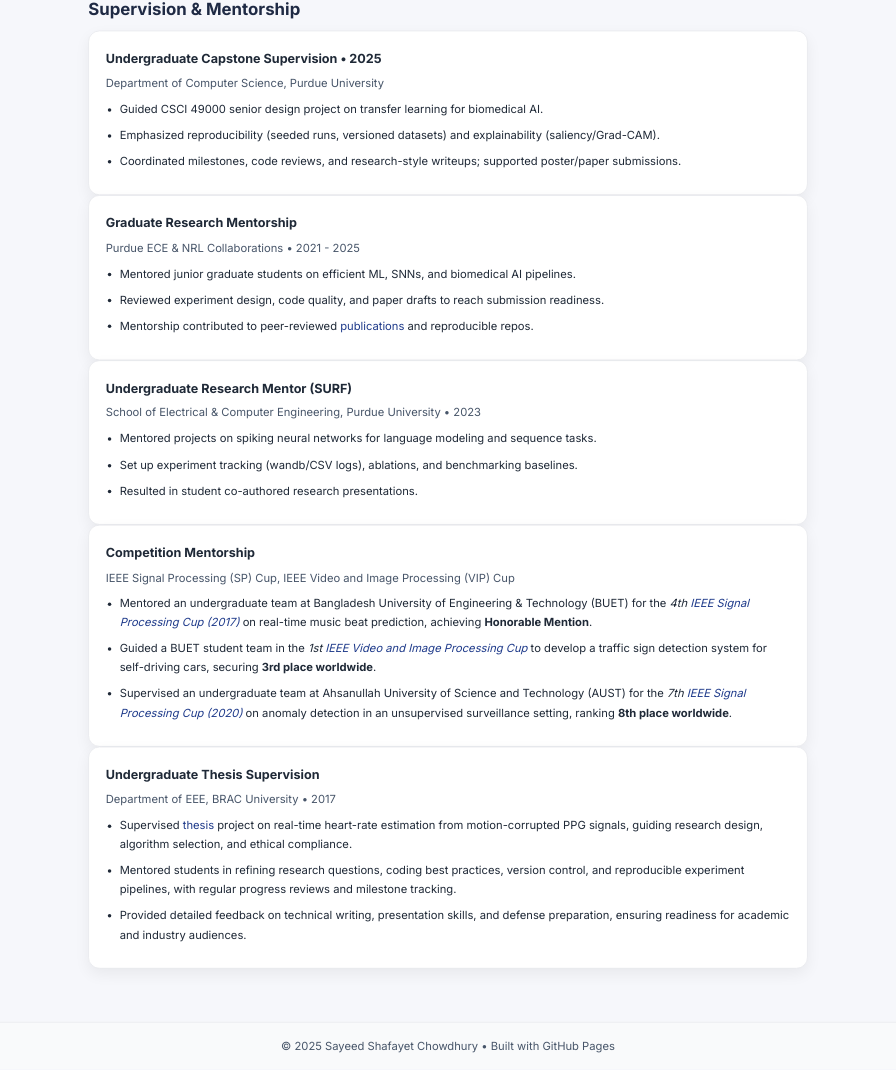
Repository: SayeedChowdhury/SayeedChowdhury.github.io
Page: teaching.html
These files come from the project's save history. The page is drawn as it stood at one moment and after the next save; the edit follows.
The browser window is 1280 px wide. The pictures show the part of the page from y = 1424 to 3344 px (the page is 2952 px tall before and 3344 px after), at 70% of full size.

Above is the page before, as saved 2025-08-13 14:09:45.

### teaching.html
<!doctype html>
<html lang="en">
<head>
  <meta charset="utf-8">
  <meta name="viewport" content="width=device-width, initial-scale=1">
  <title>Teaching & Mentorship • Sayeed S. Chowdhury</title>
  <link rel="preconnect" href="https://fonts.googleapis.com">
  <link rel="preconnect" href="https://fonts.gstatic.com" crossorigin>
  <link href="https://fonts.googleapis.com/css2?family=Inter:wght@400;600;700&display=swap" rel="stylesheet">
  <link rel="stylesheet" href="assets/style.css">
</head>
<body>
<div class="nav">
  <div class="inner container">
    <div class="brand"><span class="dot"></span> <a href="index.html" style="text-decoration:none;color:inherit;">Sayeed S. Chowdhury</a></div>
    <div style="margin-left:auto; display:flex; gap:6px; flex-wrap:wrap">
      <a href="index.html" class="">Home</a>
      <a href="edu-exp.html" class="">Education & Experience</a>
      <a href="teaching.html" class="active">Teaching & Mentorship</a>
      <!-- <a href="research.html" class="">Research</a> -->
      <a href="publications.html" class="">Publications</a>
      <a href="awards.html" class="">Grants and Awards</a>
      <a href="contact.html" class="">Contact</a>
    </div>
  </div>
</div>
<div class="container">

  <section class="section">
    <h2>Teaching Philosophy</h2>
    <div class="card">
      <p style="margin:0">
        I create an inclusive, student-centered classroom that blends Socratic questioning with project-based learning.
        My goals are to build strong fundamentals, develop students’ ability to reason from first principles, and connect
        theory to practice through open-ended labs and reproducible coding assignments.
      </p>
    </div>

    <h2>Teaching Experience</h2>

    <!-- Purdue — Visiting Assistant Professor -->
    <div class="card">
      <h3>Visiting Assistant Professor</h3>
      <div class="lead">Department of Computer Science, Purdue University • Aug&nbsp;2025 – Present</div>
      <ul class="list">
        <li>Designed and taught upper-undergraduate <strong>CSCI 490: AI for IoT</strong> as Instructor of Record.</li>
        <li>Guest-lectured in <strong>CSCI 487: Artificial Intelligence</strong> (modern ML + neuromorphic topics).</li>
        <li>Supervising an undergraduate <strong>capstone</strong> on transfer learning for biomedical AI.</li>
      </ul>
    </div>

    <!-- AUST -->
    <div class="card">
      <h3>Lecturer</h3>
      <div class="lead">Ahsanullah University of Science &amp; Technology (AUST), Dhaka • 2018</div>
      <ul class="list">
        <li>Taught <strong>C++</strong> and <strong>MATLAB</strong> programming in large classrooms.</li>
        <li>Instructor of record for <strong>VLSI (theory &amp; lab)</strong>; contributed to curriculum and lab manual.</li>
      </ul>
    </div>

    <!-- BUET -->
    <div class="card">
      <h3>Lecturer</h3>
      <div class="lead">Bangladesh University of Engineering &amp; Technology (BUET), Dhaka • 2016–2017</div>
      <p><em>Courses (theory):</em> Signals &amp; Systems (EEE 301); Electrical DC &amp; AC Circuits (EEE 101/105);
        Measurement &amp; Instrumentation (EEE 407); Digital Signal Processing (EEE 307);
        Microprocessor &amp; Interfacing (EEE 315).</p>
      <p><em>Responsibilities:</em> Prepared and delivered lectures; blended online platforms; designed and graded
        exams/assignments; advised students.</p>
      <p><em>Laboratories:</em> Taught <strong>12</strong> labs including C programming, Digital Logic Design, and Microprocessors.</p>
    </div>

    <!-- BRAC University -->
    <div class="card">
      <h3>Lecturer</h3>
      <div class="lead">BRAC University, Dhaka • 2016</div>
      <ul class="list">
        <li>Instructed undergraduate Digital Signal Processing (theory + hands-on labs).</li>
        <li>Designed and delivered Power System Protection laboratory curriculum across sections.</li>
        <li>Supervised <a href="https://dspace.bracu.ac.bd/xmlui/handle/10361/8610?show=full" target="_blank" rel="noopener">thesis</a> project on real-time heart-rate estimation from motion-corrupted PPG signals.</li>
      </ul>
    </div>

    <h2>Supervision &amp; Mentorship</h2>

    <!-- Undergraduate Capstone -->
    <div class="card">
      <h3>Undergraduate Capstone Supervision • 2025</h3>
      <div class="lead">Department of Computer Science, Purdue University</div>
      <ul class="list">
        <li>Guided CSCI 49000 senior design project on transfer learning for biomedical AI.</li>
        <li>Emphasized reproducibility (seeded runs, versioned datasets) and explainability (saliency/Grad-CAM).</li>
        <li>Coordinated milestones, code reviews, and research-style writeups; supported poster/paper submissions.</li>
      </ul>
    </div>

    <!-- Graduate Mentorship -->
    <div class="card">
      <h3>Graduate Research Mentorship</h3>
      <div class="lead">Purdue ECE &amp; NRL Collaborations • 2021 - 2025</div>
      <ul class="list">
        <li>Mentored junior graduate students on efficient ML, SNNs, and biomedical AI pipelines.</li>
        <li>Reviewed experiment design, code quality, and paper drafts to reach submission readiness.</li>
        <li>Mentorship contributed to peer-reviewed <a href=" https://ieeexplore.ieee.org/abstract/document/11078244" target="_blank" rel="noopener">publications</a> and reproducible repos.</li>
      </ul>
    </div>

    <!-- SURF Projects -->
    <div class="card">
      <h3>Undergraduate Research Mentor (SURF)</h3>
      <div class="lead">School of Electrical &amp; Computer Engineering, Purdue University • 2023</div>
      <ul class="list">
        <li>Mentored projects on spiking neural networks for language modeling and sequence tasks.</li>
        <li>Set up experiment tracking (wandb/CSV logs), ablations, and benchmarking baselines.</li>
        <li>Resulted in student co-authored research presentations.</li>
      </ul>
    </div>


    <!-- Competitions -->
    <div class="card">
      <h3>Competition Mentorship</h3>
      <div class="lead">IEEE Signal Processing (SP) Cup, IEEE Video and Image Processing (VIP) Cup</div>
      <ul class="list">
        <li>
          Mentored an undergraduate team at Bangladesh University of Engineering &amp; Technology (BUET)
          for the <em>4th <a href="https://ieeexplore.ieee.org/document/7974869" target="_blank" rel="noopener">IEEE Signal Processing Cup (2017)</a> </em> on real-time music beat prediction, achieving
          <strong>Honorable Mention</strong>.
        </li>
        <li>
          Guided a BUET student team in the <em>1st <a href="https://ieeexplore.ieee.org/stamp/stamp.jsp?arnumber=8310690" target="_blank" rel="noopener">IEEE Video and Image Processing Cup</a> </em> to develop a traffic
          sign detection system for self-driving cars, securing <strong>3rd place worldwide</strong>.
        </li>
        <li>
          Supervised an undergraduate team at Ahsanullah University of Science and Technology (AUST)
          for the <em>7th <a href="https://arxiv.org/pdf/2007.10812" target="_blank" rel="noopener">IEEE Signal Processing Cup (2020)</a> </em> on anomaly detection in an unsupervised surveillance
          setting, ranking <strong>8th place worldwide</strong>.
        </li>
      </ul>
    </div>


      <!-- Undergraduate Capstone -->
    <div class="card">
      <h3>Undergraduate Thesis Supervision </h3>
      <div class="lead">Department of EEE, BRAC University • 2017</div>
      <ul class="list">
        <li>Supervised <a href="https://dspace.bracu.ac.bd/xmlui/handle/10361/8610?show=full" target="_blank" rel="noopener">thesis</a> project on real-time heart-rate estimation from motion-corrupted PPG signals, guiding research design, algorithm selection, and ethical compliance.</li>
        <li>Mentored students in refining research questions, coding best practices, version control, and reproducible experiment pipelines, with regular progress reviews and milestone tracking.</li>
        <li>Provided detailed feedback on technical writing, presentation skills, and defense preparation, ensuring readiness for academic and industry audiences.</li>
        </ul>
    </div>
</div>

  </section>

</div>
<div class="footer">© 2025 Sayeed Shafayet Chowdhury • Built with GitHub Pages</div>
</body>
</html>

### assets/style.css
/* ================================
   Sayeed S. Chowdhury — style.css
   Mild light theme (no top halo)
   ================================ */

   :root{
    --bg:#f6f7fb;          /* mild light (not white) */
    --panel:#ffffff;       /* card surface */
    --panel-2:#f1f5fb;     /* subtle secondary surface */
    --ink:#1f2937;         /* main text (slate-800) */
    --muted:#475569;       /* secondary text (slate-600) */
    --navy:#1e3a8a;        /* accent for nav/links (blue-900) */
    --gold:#b58500;        /* optional accent */
    --border:#e5e7eb;      /* card/nav borders */
    --shadow:0 8px 22px rgba(0,0,0,.06);
    --radius:16px;
  }

  /* Base */
  *{ box-sizing:border-box }
  html,body{ height:100% }
  body{
    margin:0;
    color:var(--ink);
    background:var(--bg); /* removed radial gradients/halo */
    font:16px/1.7 "Inter", system-ui, -apple-system, Segoe UI, Roboto, Helvetica, Arial;
    -webkit-font-smoothing:antialiased;
    text-rendering:optimizeLegibility;
  }

  .container{ max-width:1100px; margin:0 auto; padding:24px }

  /* Top Nav */
  .nav{
    position:sticky; top:0; z-index:10;
    background:#f9fafb;                      /* solid so it’s visible */
    backdrop-filter:saturate(140%) blur(6px);
    border-bottom:1px solid var(--border);
    box-shadow:0 6px 14px rgba(0,0,0,.04);
  }
  .nav .inner{ display:flex; align-items:center; gap:16px; padding:12px 24px; }
  .nav .brand{ display:flex; align-items:center; gap:10px; font-weight:700; color:var(--ink) }
  .nav .brand .dot{ width:10px; height:10px; border-radius:50%; background:linear-gradient(45deg,#2563eb,#60a5fa); box-shadow:0 0 8px rgba(37,99,235,.5) }
  .nav a{
    color:#334155;                            /* slate-700: readable */
    text-decoration:none;
    padding:8px 12px;
    border-radius:10px;
  }
  .nav a:hover{
    color:var(--navy);
    background:#e6edf7;                       /* gentle hover pill */
  }
  .nav a.active{
    color:var(--navy);
    background:#dbeafe;                       /* visible active pill */
    font-weight:600;
  }
  .nav a:focus-visible{ outline:2px solid #93c5fd; outline-offset:2px }

  /* Hero & Layout */
  .hero{
    display:grid; grid-template-columns:1.1fr .9fr; gap:28px; align-items:stretch;
    padding:48px 24px 12px;
  }
  .row{ display:flex; gap:18px; flex-wrap:wrap; align-items:center }

  /* Cards */
  .card{
    background:var(--panel);
    border:1px solid var(--border);
    border-radius:var(--radius);
    box-shadow:var(--shadow);
    padding:24px;
  }
  .cards{ display:grid; grid-template-columns:repeat(12,1fr); gap:20px; margin-top:18px }
  .card.grid-12{ grid-column:span 12 }
  .card.grid-6{ grid-column:span 6 }
  .card.grid-4{ grid-column:span 4 }

  /* Typography */
  h1{ font-size:32px; margin:0 0 6px }         /* smaller homepage name */
  h2{ font-size:24px; margin:16px 0 10px; color:#1f2a44 }
  h3{ font-size:18px; margin:0 0 6px }
  .lead{ color:var(--muted); font-size:16px }
  .kicker{ color:var(--gold); font-weight:700; letter-spacing:.4px; text-transform:uppercase; font-size:12px }
  .page-title{ margin:8px 0 16px }
  .page-title h1{ font-size:46px; letter-spacing:.4px; margin:0; color:#1f2a44 }

  /* Lists */
  .list{ padding-left:20px; margin:0 }
  .list li{ margin:10px 0 }

  /* Headshot */
  .headshot{
    width:160px; height:160px; border-radius:50%; object-fit:cover;
    border:3px solid #eef2ff; box-shadow:0 4px 14px rgba(0,0,0,.06)
  }

  /* Badges & Pills */
  .badges{ display:flex; flex-wrap:wrap; gap:10px; margin-top:14px }
  .badge{
    background:#f1f5fb; border:1px solid #dbe4f2; color:#2b4a6a;
    padding:6px 10px; border-radius:999px; font-size:13px
  }
  .pill{
    display:inline-block; padding:5px 10px; border:1px solid var(--border);
    border-radius:999px; font-size:12px; color:var(--muted); margin-right:8px
  }

  /* Buttons */
  .cta{ display:flex; gap:12px; flex-wrap:wrap; margin-top:12px }
  .button{
    display:inline-flex; align-items:center; gap:10px;
    padding:12px 16px; border-radius:12px;
    border:1px solid #c7d2fe; background:#eef2ff; color:#1f2937;
    text-decoration:none; font-weight:600;
  }
  .button:hover{ background:#e0e7ff }
  .button.secondary{ background:#ffffff; border:1px solid #e4e8ef }

  /* Links (site-wide) */
  a{ color:#1e3a8a; text-decoration:none }
  a:hover{ color:#0f2a6e; text-decoration:underline }
  a:visited{ color:#1e3a8a } /* avoid purple on visited */

  /* Sections */
  .section{ padding:12px }
  .section .title{ display:flex; align-items:center; justify-content:space-between }

  /* Footer (visible on light) */
  .footer{
    background:#f9fafb;
    color:#475569;
    border-top:1px solid var(--border);
    text-align:center;
    padding:20px;
    margin-top:40px;
  }

  /* Forms (if any) */
  input, textarea, select{
    background:#fff; color:var(--ink); border:1px solid var(--border);
    border-radius:10px; padding:10px 12px
  }
  input:focus, textarea:focus, select:focus{
    outline:2px solid #93c5fd; outline-offset:2px
  }

  /* Responsive */
  @media (max-width: 900px){
    .hero{ grid-template-columns:1fr }
    .card.grid-6, .card.grid-4{ grid-column:span 12 }
  }

  /* Print */
  @media print{
    .nav, .footer, .cta{ display:none }
    body{ background:#ffffff; color:#111 }
    .card{ box-shadow:none; border-color:#ddd }
  }

After the next save:
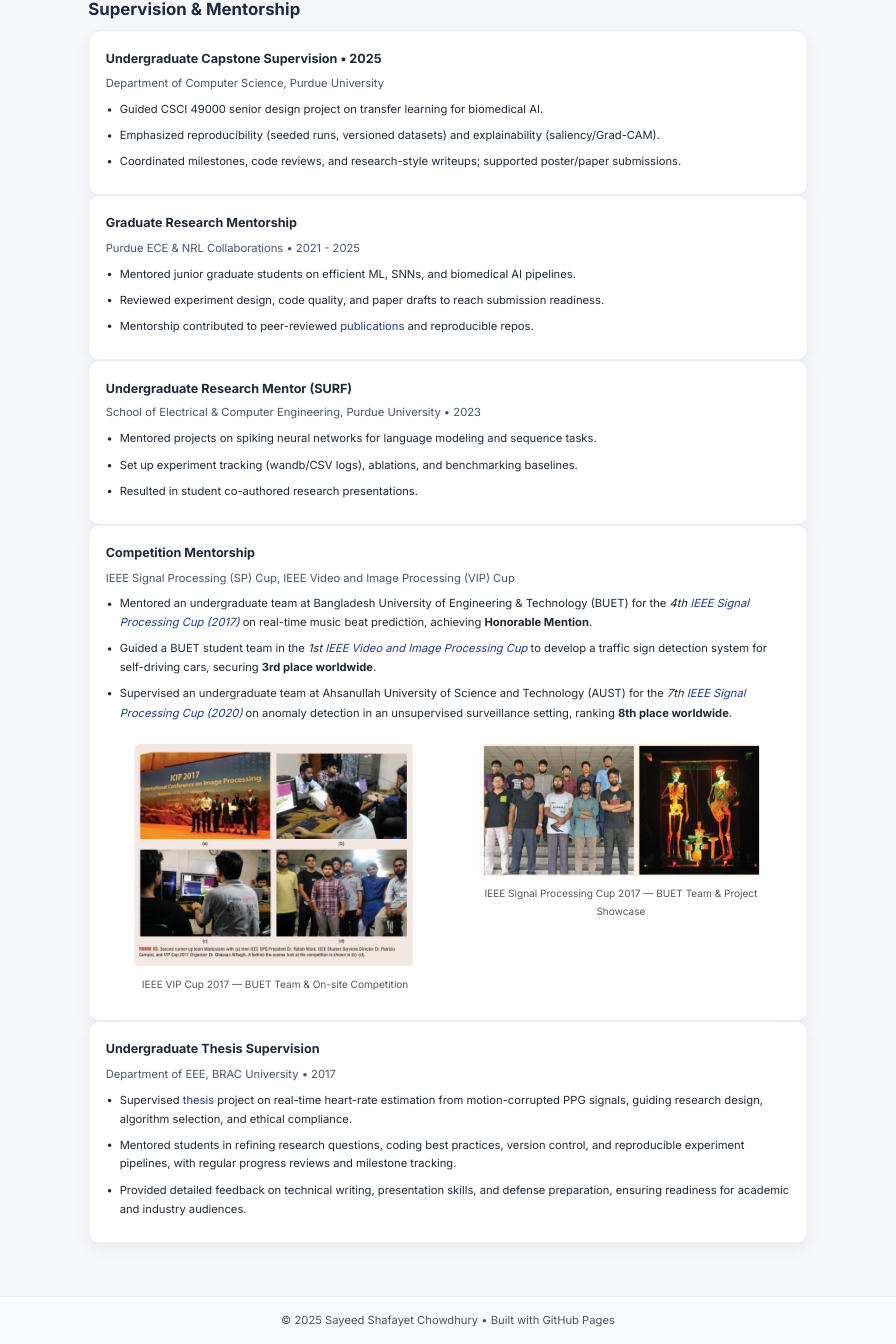
Saved 5 min 7 s later.
--- a/teaching.html
+++ b/teaching.html
@@ -119,26 +119,44 @@
 
 
     <!-- Competitions -->
-    <div class="card">
-      <h3>Competition Mentorship</h3>
-      <div class="lead">IEEE Signal Processing (SP) Cup, IEEE Video and Image Processing (VIP) Cup</div>
-      <ul class="list">
-        <li>
-          Mentored an undergraduate team at Bangladesh University of Engineering &amp; Technology (BUET)
-          for the <em>4th <a href="https://ieeexplore.ieee.org/document/7974869" target="_blank" rel="noopener">IEEE Signal Processing Cup (2017)</a> </em> on real-time music beat prediction, achieving
-          <strong>Honorable Mention</strong>.
-        </li>
-        <li>
-          Guided a BUET student team in the <em>1st <a href="https://ieeexplore.ieee.org/stamp/stamp.jsp?arnumber=8310690" target="_blank" rel="noopener">IEEE Video and Image Processing Cup</a> </em> to develop a traffic
-          sign detection system for self-driving cars, securing <strong>3rd place worldwide</strong>.
-        </li>
-        <li>
-          Supervised an undergraduate team at Ahsanullah University of Science and Technology (AUST)
-          for the <em>7th <a href="https://arxiv.org/pdf/2007.10812" target="_blank" rel="noopener">IEEE Signal Processing Cup (2020)</a> </em> on anomaly detection in an unsupervised surveillance
-          setting, ranking <strong>8th place worldwide</strong>.
-        </li>
-      </ul>
-    </div>
+
+<div class="card">
+  <h3>Competition Mentorship</h3>
+  <div class="lead">IEEE Signal Processing (SP) Cup, IEEE Video and Image Processing (VIP) Cup</div>
+  <ul class="list">
+    <li>
+      Mentored an undergraduate team at Bangladesh University of Engineering &amp; Technology (BUET)
+      for the <em>4th <a href="https://ieeexplore.ieee.org/document/7974869" target="_blank" rel="noopener">IEEE Signal Processing Cup (2017)</a></em> on real-time music beat prediction, achieving
+      <strong>Honorable Mention</strong>.
+    </li>
+    <li>
+      Guided a BUET student team in the <em>1st <a href="https://ieeexplore.ieee.org/stamp/stamp.jsp?arnumber=8310690" target="_blank" rel="noopener">IEEE Video and Image Processing Cup</a></em> to develop a traffic
+      sign detection system for self-driving cars, securing <strong>3rd place worldwide</strong>.
+    </li>
+    <li>
+      Supervised an undergraduate team at Ahsanullah University of Science and Technology (AUST)
+      for the <em>7th <a href="https://arxiv.org/pdf/2007.10812" target="_blank" rel="noopener">IEEE Signal Processing Cup (2020)</a></em> on anomaly detection in an unsupervised surveillance
+      setting, ranking <strong>8th place worldwide</strong>.
+    </li>
+  </ul>
+
+  <!-- Competition Images with Captions -->
+  <div style="display: flex; flex-wrap: wrap; gap: 10px; margin-top: 15px;">
+    <figure style="flex: 1; min-width: 280px; text-align: center;">
+      <img src="images/competition1.png" alt="IEEE VIP Cup 2017 Team and Competition" style="max-width: 100%; border-radius: 8px;">
+      <figcaption style="font-size: 0.9em; color: #555; margin-top: 5px;">
+        IEEE VIP Cup 2017 — BUET Team &amp; On-site Competition
+      </figcaption>
+    </figure>
+    <figure style="flex: 1; min-width: 280px; text-align: center;">
+      <img src="images/competition2.png" alt="IEEE SPC 2017 Team and Project Display" style="max-width: 100%; border-radius: 8px;">
+      <figcaption style="font-size: 0.9em; color: #555; margin-top: 5px;">
+        IEEE Signal Processing Cup 2017 — BUET Team &amp; Project Showcase
+      </figcaption>
+    </figure>
+  </div>
+</div>
+
 
 
       <!-- Undergraduate Capstone -->
